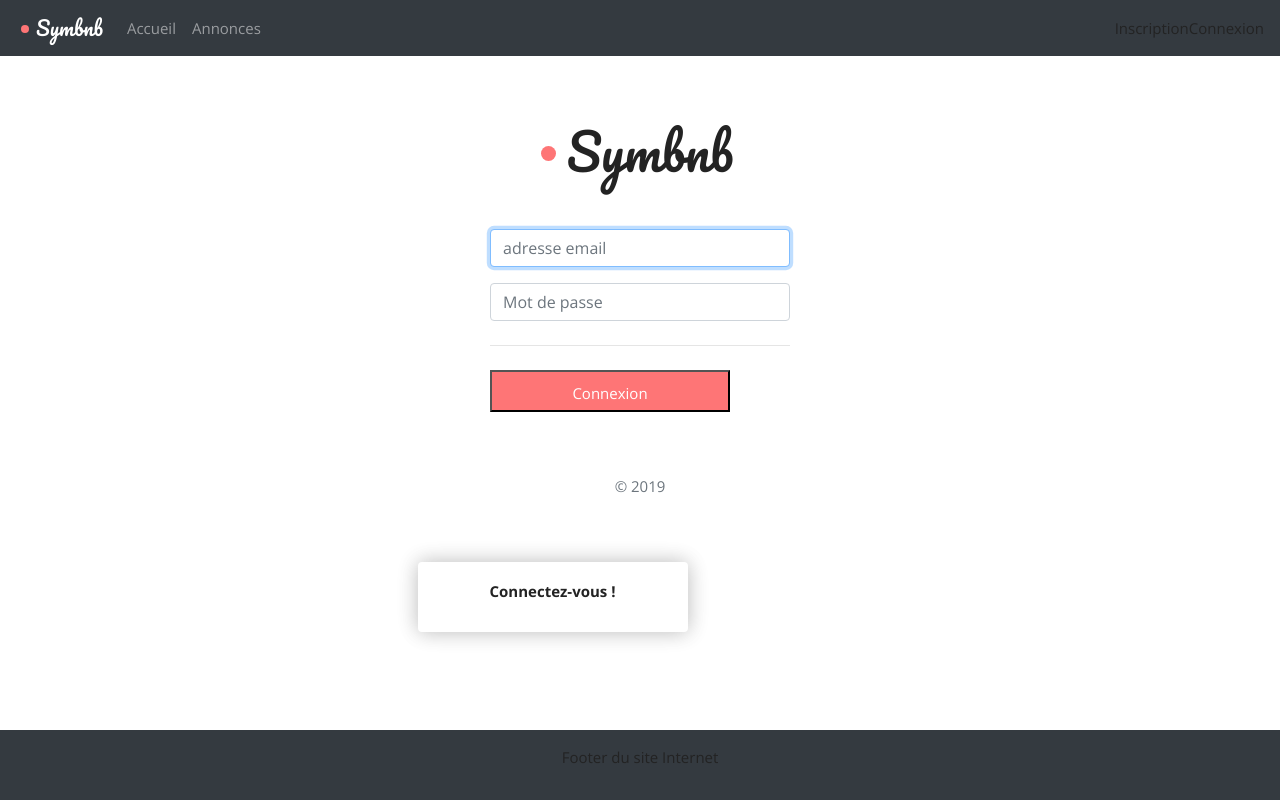
Repository: buzzEclair/symbnb
Page: templates/account/login.html.twig
These files come from the project's save history. The page is drawn as it stood at one moment and after the next save; the edit follows.
The browser window is 1280 px wide. The pictures show the whole page.
The page is a Twig template of a Symfony application; nobody is signed in and links lead nowhere. The template is opened directly, without the code that normally fills it, so the values that code supplies are empty.

Above is the page before, as saved 2019-03-15 14:14:54.

### templates/account/login.html.twig
{% extends 'base.html.twig' %}

{% block title %}Connectez vous !{% endblock %}

{% block body %}
<div class="container text-center">
        <form class="form-signin">
                <h1 class="logo mb-5">Symbnb</h1>

                {% if hasError %}
                    <div class="alert alert-danger">Une erreur est survenue, le nom d'utilisateur est invalide</div>
                 {% endif %}
                 <form class="form-signin" action="{{ path('account_login') }}" method="POST">
                    <div class="form-label-group">

                        <input type="text" class="form-control mb-3" name="_username" id="email" placeholder="adresse email" required autofocus value={{username}}>
                    </div>

                    <div class="form-label-group">

                        <input type="password" name="_password" id="password" placeholder="Mot de passe" class="form-control mb-3" required >

                    </div>

                    <hr class="my-4">
                    <button class="btn-booking" type="submit">Connexion</button>
                    </form>
                <p class="mt-5 mb-3 text-muted">© 2019</p>
              </form>
    <div class="row">
        <div class="col-sm-9 col-md-7 col-lg-5 mx-auto">
            <div class="card card-signin my-5">
            <div class="card-body">
                <h5 class="card-title text-center">Connectez-vous !</h5>




            </div>
            </div>
        </div>
    </div>
</div>
{% endblock %}

### templates/base.html.twig
<!DOCTYPE html>
<html>
    <head>
        <meta charset="UTF-8">
        <title>{% block title %}Welcome!{% endblock %}</title>
        <link rel="stylesheet" href="/css/bootstrap.min.css">
        <link rel="stylesheet" href="https://use.fontawesome.com/releases/v5.7.2/css/all.css" integrity="sha384-fnmOCqbTlWIlj8LyTjo7mOUStjsKC4pOpQbqyi7RrhN7udi9RwhKkMHpvLbHG9Sr" crossorigin="anonymous">
        <link href="https://fonts.googleapis.com/css?family=Open+Sans:400,600,700" rel="stylesheet">
        <link href="https://fonts.googleapis.com/css?family=Pacifico" rel="stylesheet">

        <link rel="stylesheet" href="/css/base.css">
        {% block stylesheets %}{% endblock %}
    </head>
    <body>

        {% include 'partials/header.html.twig' %}


        {% block body %}{% endblock %}
        {% include 'partials/footer.html.twig' %}
        <script src="/js/jquery.min.js"></script>
        <script src="/js/popper.min.js"></script>
        <script src="/js/bootstrap.min.js"></script>
        {% block javascripts %}{% endblock %}
    </body>
</html>

### templates/partials/header.html.twig
<nav class="navbar navbar-expand-md navbar-dark bg-dark">
    <a class="navbar-brand logo" href="{{path('homepage')}}"><span class="round-logo"></span>Symbnb</a>


    {% if is_granted('ROLE_ADMIN') %}
    <a href="{{path('admin_dashboard')}}">Dashboard</a>
    {% endif %}
    <button class="navbar-toggler" type="button" data-toggle="collapse" data-target="#navbarColor01" aria-controls="navbarColor01" aria-expanded="false" aria-label="Toggle navigation">
        <span class="navbar-toggler-icon"></span>
    </button>

    <div class="collapse navbar-collapse" id="navbarColor01">
        <ul class="navbar-nav mr-auto">
            <li class="">
                <a class="nav-link" href="{{path('homepage')}}">Accueil </a>
            </li>
            <li class="">
                <a class="nav-link" href="{{path('ads_index')}}">Annonces </a>
            </li>
        </ul>

        <ul class="navbar-nav ml-auto">
            {% if app.user %}
            <div class="dropdown">
                <button class="btn btn-dark dropdown-toggle btn-sm" type="button" id="dropdownMenuButton" data-toggle="dropdown" aria-haspopup="true" aria-expanded="false">
                    <img src="{{ app.user.picture }}" alt="{{ app.user.slug }}" class="rounded-circle user-avatar-nav" > {{app.user.firstName}}
                </button>
                <div class="dropdown-menu dropdown-menu-right dropdown-account" aria-labelledby="dropdownMenuButton ">
                    <a class="dropdown-item" href="{{ path('account_index') }}"><i class="fas fa-user-circle"></i> Mon compte</a>
                    <div class="dropdown-divider"></div>
                    <a class="dropdown-item" href="{{ path('ads_create') }}"><i class="fas fa-list-alt"></i> Créer une annonce</a>
                    <a class="dropdown-item" href="{{ path('account_bookings') }}"><i class="fas fa-book"></i> Mes réservations</a>
                    <a class="dropdown-item" href="{{ path('account_profile') }}"><i class="fas fa-info-circle"></i> Modifier mes informations</a>
                    <a class="dropdown-item" href="{{ path('account_update_password') }}"><i class="fas fa-key"></i> Changer de mot de passe</a>

                    <div class="dropdown-divider"></div>
                    <a class="dropdown-item" href="{{ path('account_logout') }}"><i class="fas fa-times-circle"></i> Logout</a>
                </div>
            </div>
            {% else %}
                <li class="nav-item">
                    <a href="{{ path('account_register') }}">Inscription</a>
                </li>
                <li class="nav-item">
                    <a href="{{ path('account_login') }}">Connexion</a>
                </li>
            {% endif %}

        </ul>

    </div>
</nav>

{% for label, messages in app.flashes %}
    <div class="container">
        <div class="alert alert-{{label}}">
            {% for message in messages %}
                <p>{{ message | raw }}</p>
            {% endfor %}
        </div>
    </div>
{% endfor %}

### templates/partials/footer.html.twig
<footer class="mt-5 bg-dark py-3 text-center mt-5">
    <p>Footer du site Internet</p>
</footer>

### public/css/base.css
body, a{
    color: #232323;
    font-family: 'Open Sans', sans-serif;
    font-size: 15px;
}

.logo{
    font-family: 'Pacifico', cursive;
    font-size: 20px;
    position: relative;
    margin-left: 20px;
}

.logo::before{
    content: '';
    position: absolute;
    width: 8px;
    height: 8px;
    border-radius: 100%;
    background: #fe7576;
    margin-top: 12px;
    margin-left: -15px;;
}

ul{
    padding: 0;
}

ul li{
    list-style: none;
}
.card-parameter-stars i{
    color: #008489;
    font-size: 12px;
    letter-spacing: -3px;
}

.datepicker table tr td.disabled{
    color: crimson !important;
    background: rgba(0, 0, 0, 0.815);
}

.container{
    margin-top: 50px;
}

.card{
    max-width: 270px;
    border: none;
    margin-bottom: 50px !important;
    box-shadow: 1px 1px 21px 0 rgba(0,0,0,0.14), -1px -1px 21px 0 rgba(0,0,0,0.14);
    transition-duration: 0.5s;
}

.card h6{
   font-size: 13px;
   font-weight: 600;
}

.card h5{
   font-size: 15px;
   font-weight: 900;
}

.card-ad img{
    min-height: 160px;
}

.card:hover{
    box-shadow: 1px 1px 21px rgba(254,117,118,0.4), -1px -1px 21px 0 rgba(254,117,118,0.4);
}

.card-info-1{
    font-size: 13px;
}

.card-info-2{
    font-size: 13px;
    font-weight: 600;
    margin-bottom: 0;
}

a:hover{
    text-decoration: none;
    color: #232323;
}

.title-page-header{
    margin-bottom: 40px;
}

.user-avatar-nav{
    width: 30px;
    margin-right: 5px;
}

.dropdown-account i {
    color: #008489;
}

.block-profile{
    box-shadow: 1px 1px 21px 0 rgba(0, 0, 0, 0.062), -1px -1px 21px 0 rgba(0, 0, 0, 0.062);
    border-radius: 4px;
    padding: 10px;
    margin-bottom: 30px;
}

.block-profile p{
    margin-bottom: 5px;
}

.block-profile .booking-profile .booking-profile-ligne{
    background: #f3f3f3;
    height: 80px;
    width: 100%;
    border-radius: 4px;
    display: flex;
    align-items: center;
    margin-bottom: 5px;
    margin-top: 5px;
}

.block-profile .booking-profile .booking-profile-ligne img{
    width: 60px;
    height: 60px;
    border-radius: 100%;
}

.block-profile .booking-profile .booking-profile-ligne .info-booking-profile{
    font-size: 11px;
    display: flex;
    flex-direction: column;
}

.block-profile .booking-profile .booking-profile-ligne .info-booking-profile span{
    margin-left: 10px;
}

.block-profile .booking-profile .booking-profile-ligne .info-booking-profile a{
    font-size: 10px;
    background: #fe7576;
    color: white;
}

.block-profile .ad-profile a img{
    width: 100px;
    height: 100px;
    border-radius: 100%;

}
.block-profile .ad-profile p{
    font-size: 13px;
    color: #008489;
}

.profile-option li{
    margin-top: 20px;
    font-size: 12px;
}

.ad-content{
    margin-top: 50px;
}

.ad-info h5{
    font-size: 15px;
    font-weight: 600;
}

.ad-info h4{
    font-size: 25px;
    font-weight: 900;
}

.ad-info h6{
    font-size: 15px;
}

.img-ad{
    padding:0;
}

.img-ad img{
   width: 100%;
}

.card-booking{
    max-width: 100%;
}

.card-booking .img-ad-user{
    height: 45px;
    border-radius: 100%;
}

span.price-booking{
    font-size: 21px;
    font-weight: 900;
}

.card-booking-stars{
    font-size: 13px;
}
.card-booking-stars .param-booking-stars i{
    color: #008489;
    font-size: 10px;
    letter-spacing: -3px;
}

.card-parameter-vote{
    margin-left: 5px;
}

.btn-booking{
    display: block;
    background: #fe7576;
    height: 42px;
    width: 80%;
    color: white;
    text-align: center;
    line-height: 40px;
}

.btn-booking:hover{
    color: white;
}
.media-comment{
    margin-bottom: 20px;
}
.media-comment img{
    width: 64px;
}

.media-comment h5{
    font-size: 15px;
}

.media-comment i{
    font-size: 11px;
    letter-spacing: -3px;
    color: #008489;
}

.media-body{
    background: #c4dedf;
    padding: 5px;
    border-radius: 4px;
}

.card-ad{
    margin: 0 auto;
}

.form-signin {
    width: 100%;
    max-width: 330px;
    padding: 15px;
    margin: 0 auto;
}

h1.logo{
    font-size: 50px;
}

h1.logo::before{
    width: 15px;
    height: 15px;
    margin-top: 25px;
    margin-left: -25px;
}

Loaded but not shown: public/css/bootstrap.min.css (library); public/js/jquery.min.js (library); public/js/popper.min.js (library); public/js/bootstrap.min.js (library)

After the next save:
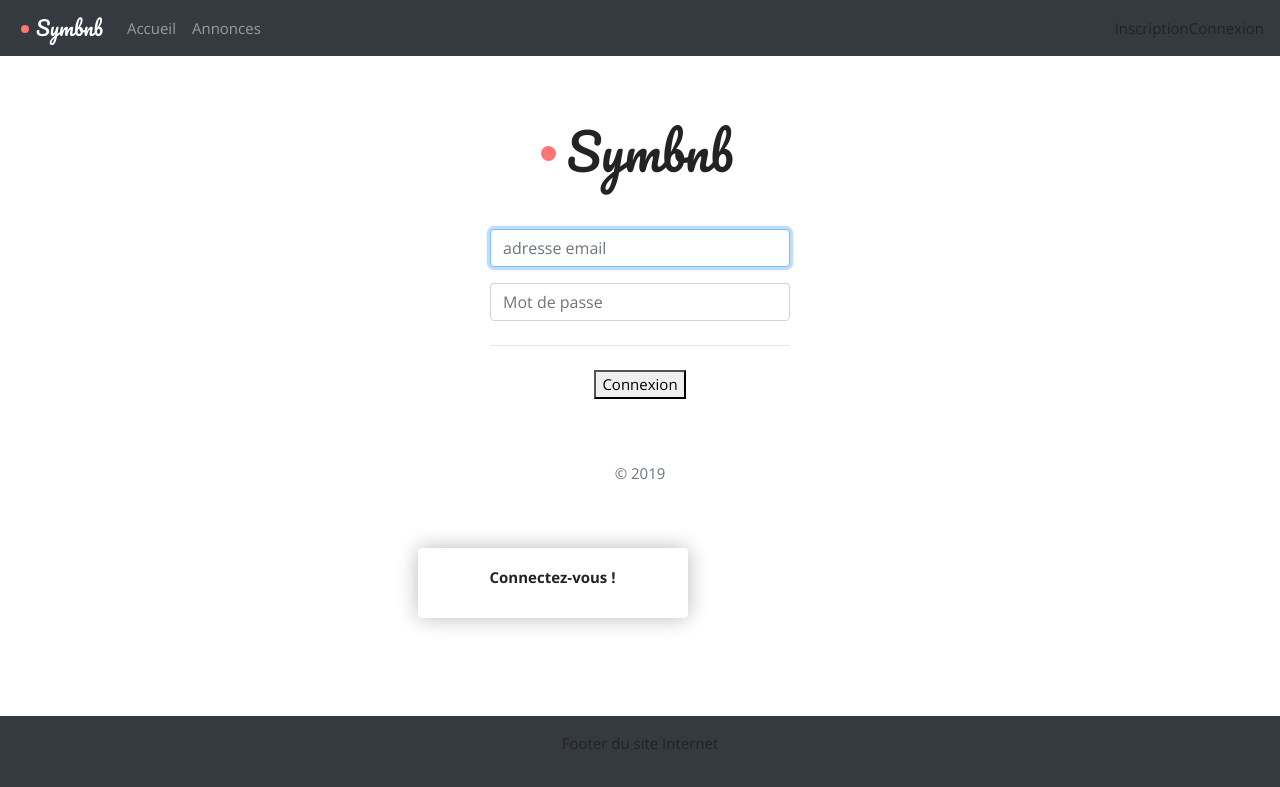
Saved 22 s later.
--- a/templates/account/login.html.twig
+++ b/templates/account/login.html.twig
@@ -23,7 +23,7 @@
                     </div>
 
                     <hr class="my-4">
-                    <button class="btn-booking" type="submit">Connexion</button>
+                    <button class="btn-login" type="submit">Connexion</button>
                     </form>
                 <p class="mt-5 mb-3 text-muted">© 2019</p>
               </form>

After the 2 saves that followed:
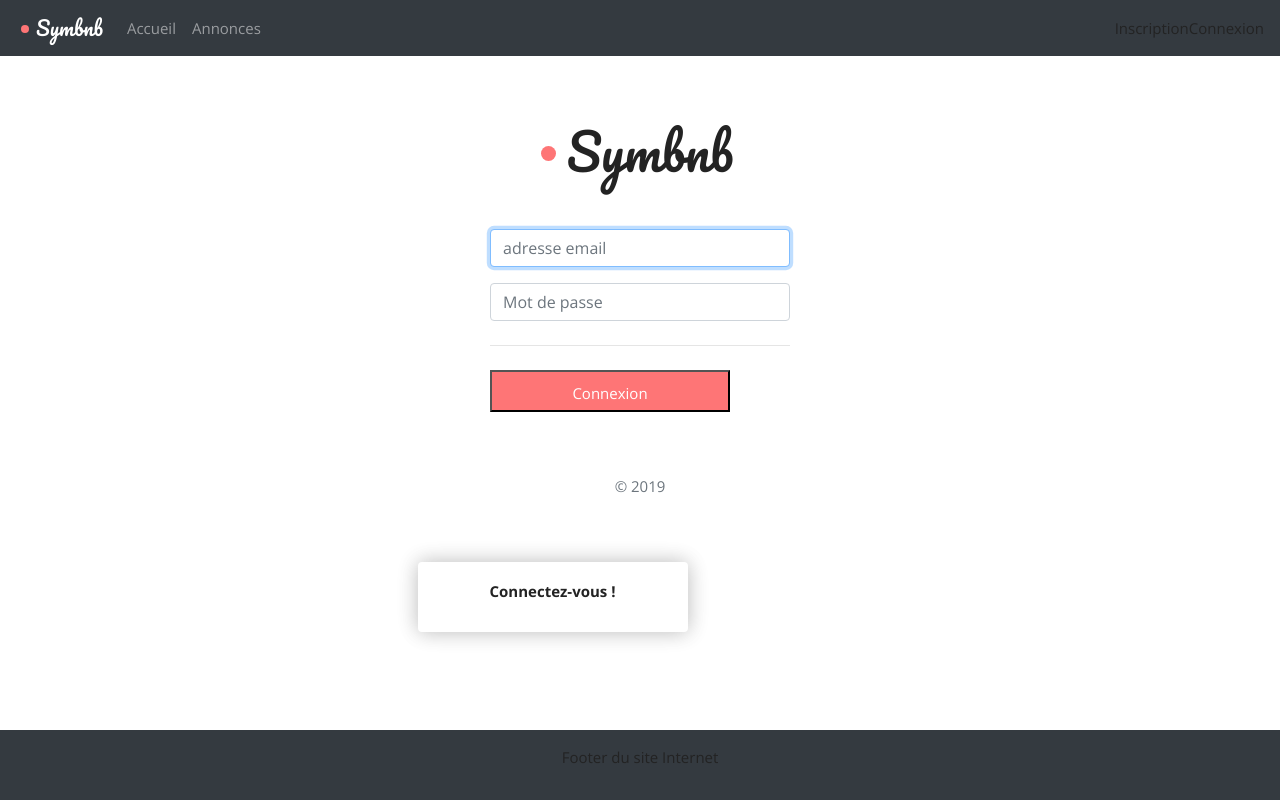
The 2 saves are shown as one change because 1 left the picture as it was.
The last was saved 25 s later.
--- a/public/css/base.css
+++ b/public/css/base.css
@@ -268,3 +268,13 @@ h1.logo::before{
     margin-top: 25px;
     margin-left: -25px;
 }
+
+.btn-login{
+    display: block;
+    background: #fe7576;
+    height: 42px;
+    width: 80%;
+    color: white;
+    text-align: center;
+    line-height: 40px;
+}
